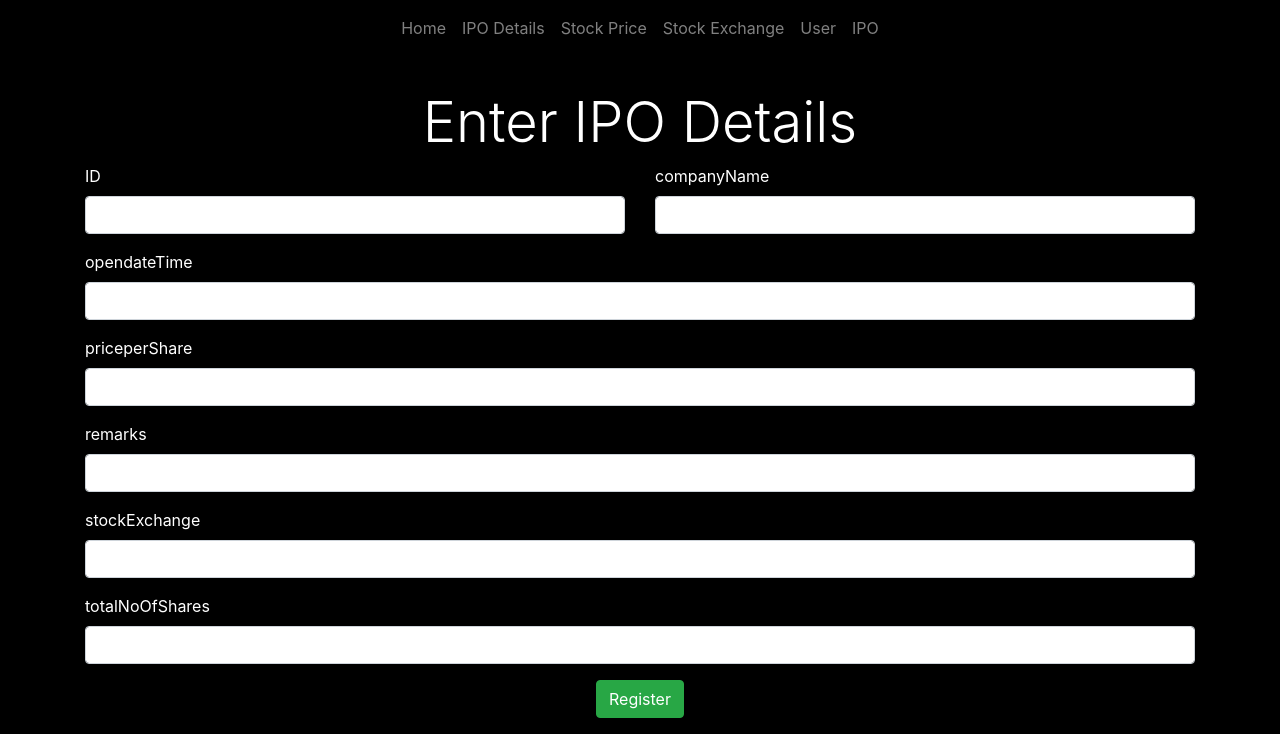
Repository: Gurudutt-S/cts-training
Page: http://localhost/StockExchangeChartingWeb/WEB-INF/views/ipos.jsp
These files come from the project's save history. The page is drawn as it stood at one moment and after the next save; the edit follows.
The browser window is 1280 px wide. The pictures show the whole page.
The page is served by Tomcat 9. Nobody is signed in. Other server files are loaded and not shown. The template is opened directly, without the code that normally fills it, so the values that code supplies are empty.

Above is the page before, as saved 2020-02-12 06:48:53.
Console error (its wording comes from the project's code and is left out).

### Day_36/StockExchangeChartingWeb/src/main/webapp/WEB-INF/views/ipos.jsp
<%@include file="header.jsp"%>
<%@taglib uri="http://www.springframework.org/tags/form" prefix="form"%>
<%@taglib uri="http://java.sun.com/jsp/jstl/core" prefix="c"%>

<h2 class="display-4 text-center">Enter IPO Details</h2>

<c:url var="ipoUrl" value="/ipo/save" />

<div class="container">
	<form:form action="${ipoUrl }" modelAttribute="ipo">

		<div class="row">
			<div class="form-group col">
				<form:label path="id">ID</form:label>
				<form:input path="id" class="form-control" />
			</div>
			<div class="form-group col">
				<form:label path="companyName">companyName</form:label>
				<form:input path="companyName" class="form-control" />
			</div>
		</div>
		<div class="form-group">
			<form:label path="opendateTime">opendateTime</form:label>
			<form:input path="opendateTime" class="form-control" />
		</div>
		<div class="form-group">
			<form:label path="priceperShare">priceperShare</form:label>
			<form:input path="priceperShare" class="form-control" />
		</div>
		<div class="form-group">
			<form:label path="remarks">remarks</form:label>
			<form:input path="remarks" class="form-control" />
		</div>
		<div class="form-group">
			<form:label path="stockExchange">stockExchange</form:label>
			<form:input path="stockExchange" class="form-control" />
		</div>
		<div class="form-group">
			<form:label path="totalNoOfShares">totalNoOfShares</form:label>
			<form:input path="totalNoOfShares" class="form-control" />
		</div>

		<div class="text-center">
			<input type="submit" value="Register" class="btn btn-success ">
		</div>

	</form:form>
</div>

</body>
</html>

### Day_36/StockExchangeChartingWeb/src/main/webapp/WEB-INF/views/header.jsp
<%@ page isELIgnored="false"%>
<%@ taglib uri="http://java.sun.com/jsp/jstl/core" prefix="c"%>
<html>
<head>
<link rel="stylesheet"
	href="https://stackpath.bootstrapcdn.com/bootstrap/4.4.1/css/bootstrap.min.css"
	integrity="sha384-Vkoo8x4CGsO3+Hhxv8T/Q5PaXtkKtu6ug5TOeNV6gBiFeWPGFN9MuhOf23Q9Ifjh"
	crossorigin="anonymous">
<script
	src="https://stackpath.bootstrapcdn.com/bootstrap/4.4.1/js/bootstrap.min.js"
	integrity="sha384-wfSDF2E50Y2D1uUdj0O3uMBJnjuUD4Ih7YwaYd1iqfktj0Uod8GCExl3Og8ifwB6"
	crossorigin="anonymous"></script>


</head>
<body style="color: white; background-color: black;">

	<nav class="navbar navbar-expand-lg navbar-dark ">
		<div class="collapse navbar-collapse">
			<ul class="navbar-nav mx-auto">
				<li class="nav-item"><a href="home" class="nav-link">Home</a></li>
				<li class="nav-item"><a href="ipoDetails" class="nav-link">IPO
						Details</a></li>
				<li class="nav-item"><a href="stockPrice" class="nav-link">Stock
						Price</a></li>
				<li class="nav-item"><a href="stockExchange" class="nav-link">Stock
						Exchange</a></li>
				<li class="nav-item"><a href="user-home" class="nav-link">User
						</a></li>
				<li class="nav-item"><a href="ipo-home" class="nav-link">IPO
						</a></li>
			</ul>
		</div>
	</nav>

	<hr>

</body>
</html>

After the next save:
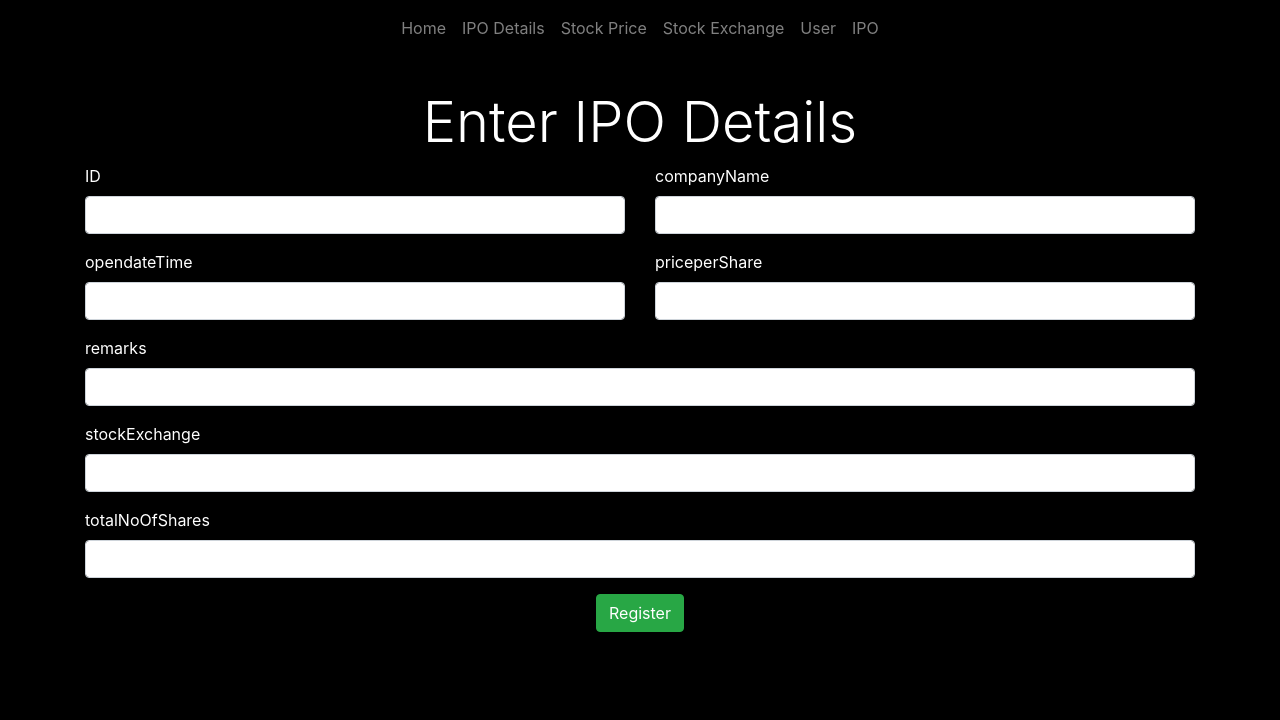
Saved 56 s later.
--- a/Day_36/StockExchangeChartingWeb/src/main/webapp/WEB-INF/views/ipos.jsp
+++ b/Day_36/StockExchangeChartingWeb/src/main/webapp/WEB-INF/views/ipos.jsp
@@ -19,13 +19,15 @@
 				<form:input path="companyName" class="form-control" />
 			</div>
 		</div>
-		<div class="form-group">
+		<div class="row">
+			<div class="form-group col">
 			<form:label path="opendateTime">opendateTime</form:label>
 			<form:input path="opendateTime" class="form-control" />
 		</div>
-		<div class="form-group">
+		<div class="form-group col">
 			<form:label path="priceperShare">priceperShare</form:label>
 			<form:input path="priceperShare" class="form-control" />
+		</div>
 		</div>
 		<div class="form-group">
 			<form:label path="remarks">remarks</form:label>
